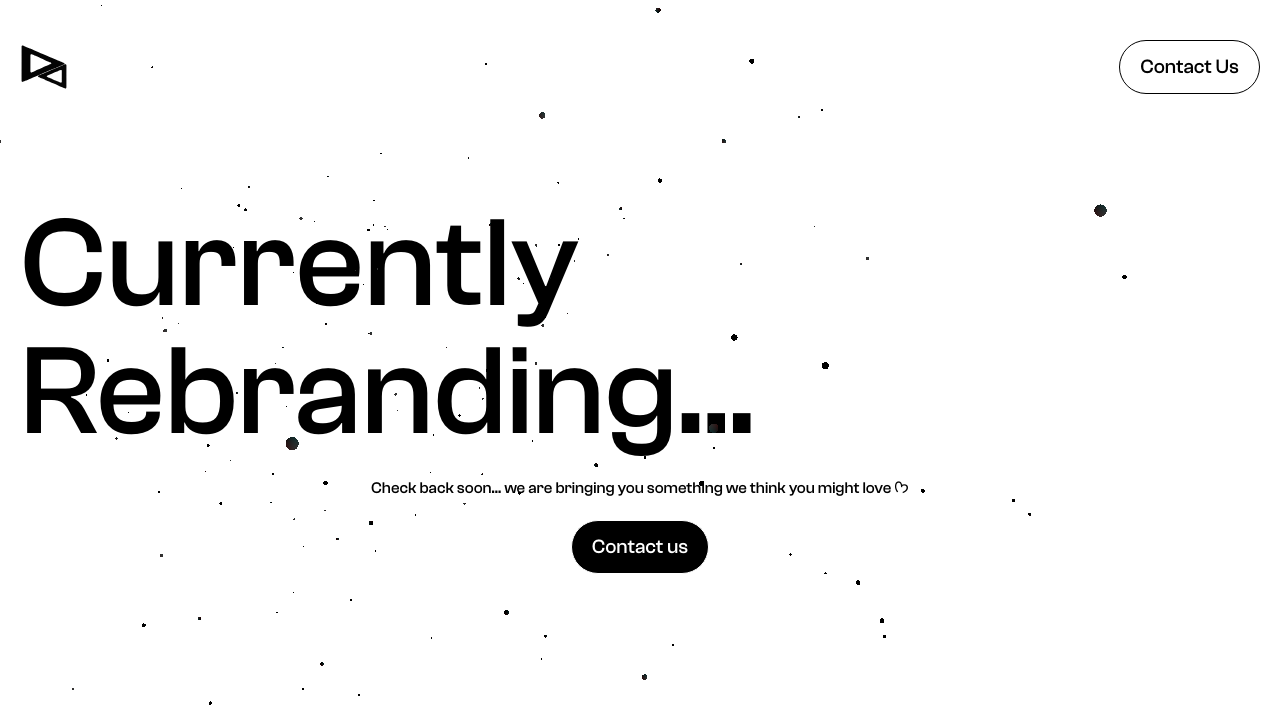
Repository: Cybugg/Nexxistudios-new
Page: /
The author's editor kept a copy of each file at every save. The page is drawn from the files as they stood at one save, then again after a run of saves.
The browser window is 1280 px wide. The pictures show the whole page.
The project was rebuilt for these pictures with package versions that can differ from the ones it lists, and the page was loaded fresh each time. The framework's server and built-in components were replaced by stand-ins that run in the browser. Also part of the build but not shown: next.config.mjs.

Above is the page before, as saved 2025-09-06 16:17:48.

### app/layout.js
import { Geist, Geist_Mono } from "next/font/google";
import localFont from "next/font/local";
import "./globals.css";
import Particles from "./Effects/Particles";


const geistSans = Geist({
  variable: "--font-geist-sans",
  subsets: ["latin"],
});
const clashGrotesk = localFont({
  src:"../public/fonts/OTF/ClashGrotesk-Medium.otf",
  variable:"--font-clashGrotesk",
  style:"normal"
})

const geistMono = Geist_Mono({
  variable: "--font-geist-mono",
  subsets: ["latin"],
});

export const metadata = {
  title: "Create Next App",
  description: "Generated by create next app",
};

export default function RootLayout({ children }) {
  return (
    <html lang="en">
      <body
        className={`${geistSans.variable} ${geistMono.variable} antialiased relative ${clashGrotesk.variable} `}>
            <div className="absolute w-full h-screen">
              <Particles particleColors={['#000000', '#000000']}
    particleCount={300}
    particleSpread={10}
    speed={0.1}
    particleBaseSize={100}
    moveParticlesOnHover={true}
    alphaParticles={false}
    disableRotation={false}
  />
        </div>

        {children}
      </body>
    </html>
  );
}

### app/page.js
"use client"
import { useGSAP } from "@gsap/react";
import TopNav from "./components/topNav";
import gsap from 'gsap';
import { useRef } from "react";
import Particles from "./Effects/Particles";
import Hero from "./components/hero";




export default function Home() {
  const boxRef = useRef(null);
  useGSAP(() => {

    gsap.to("#progress", {
      width:"95%",
      duration:3,
      ease: 'power2.out',
    });
  },);

  return (
    <div className="grid grid-rows-[20px_1fr_20px] min-h-screen p-3 px-5  sm:p-5 bg-white text-black font-clashGrotesk">
      <main className="flex flex-col  row-start-2 items-center mx-auto container" >
  <TopNav />
    <Hero />
      </main>
      <footer className="row-start-3 flex gap-[24px] flex-wrap items-center justify-center">

      </footer>
    </div>
  );
}

### app/globals.css
@import "tailwindcss";

:root {
  --background: #ffffff;
  --foreground: #171717;

}

@theme inline {
  --color-background: var(--background);
  --color-foreground: var(--foreground);
  --font-sans: var(--font-geist-sans);
  --font-mono: var(--font-geist-mono);
  --font-clashGrotesk: var(--font-clashGrotesk)
}

@media (prefers-color-scheme: dark) {
  :root {
    --background: #0a0a0a;
    --foreground: #ededed;
  }
}

body {
  background: var(--background);
  color: var(--foreground);
  font-family: Arial, Helvetica, sans-serif;
}

### app/Effects/Particles.js
"use client"

import { useEffect, useRef } from 'react';
import { Renderer, Camera, Geometry, Program, Mesh } from 'ogl';

const defaultColors = ['#ffffff', '#ffffff', '#ffffff'];

const hexToRgb = hex => {
  hex = hex.replace(/^#/, '');
  if (hex.length === 3) {
    hex = hex
      .split('')
      .map(c => c + c)
      .join('');
  }
  const int = parseInt(hex, 16);
  const r = ((int >> 16) & 255) / 255;
  const g = ((int >> 8) & 255) / 255;
  const b = (int & 255) / 255;
  return [r, g, b];
};

const vertex = /* glsl */ `
  attribute vec3 position;
  attribute vec4 random;
  attribute vec3 color;

  uniform mat4 modelMatrix;
  uniform mat4 viewMatrix;
  uniform mat4 projectionMatrix;
  uniform float uTime;
  uniform float uSpread;
  uniform float uBaseSize;
  uniform float uSizeRandomness;

  varying vec4 vRandom;
  varying vec3 vColor;

  void main() {
    vRandom = random;
    vColor = color;

    vec3 pos = position * uSpread;
    pos.z *= 10.0;

    vec4 mPos = modelMatrix * vec4(pos, 1.0);
    float t = uTime;
    mPos.x += sin(t * random.z + 6.28 * random.w) * mix(0.1, 1.5, random.x);
    mPos.y += sin(t * random.y + 6.28 * random.x) * mix(0.1, 1.5, random.w);
    mPos.z += sin(t * random.w + 6.28 * random.y) * mix(0.1, 1.5, random.z);

    vec4 mvPos = viewMatrix * mPos;

    if (uSizeRandomness == 0.0) {
      gl_PointSize = uBaseSize;
    } else {
      gl_PointSize = (uBaseSize * (1.0 + uSizeRandomness * (random.x - 0.5))) / length(mvPos.xyz);
    }

    gl_Position = projectionMatrix * mvPos;
  }
`;

const fragment = /* glsl */ `
  precision highp float;

  uniform float uTime;
  uniform float uAlphaParticles;
  varying vec4 vRandom;
  varying vec3 vColor;

  void main() {
    vec2 uv = gl_PointCoord.xy;
    float d = length(uv - vec2(0.5));

    if(uAlphaParticles < 0.5) {
      if(d > 0.5) {
        discard;
      }
      gl_FragColor = vec4(vColor + 0.2 * sin(uv.yxx + uTime + vRandom.y * 6.28), 1.0);
    } else {
      float circle = smoothstep(0.5, 0.4, d) * 0.8;
      gl_FragColor = vec4(vColor + 0.2 * sin(uv.yxx + uTime + vRandom.y * 6.28), circle);
    }
  }
`;

const Particles = ({
  particleCount = 200,
  particleSpread = 10,
  speed = 0.1,
  particleColors,
  moveParticlesOnHover = false,
  particleHoverFactor = 1,
  alphaParticles = false,
  particleBaseSize = 100,
  sizeRandomness = 1,
  cameraDistance = 20,
  disableRotation = false,
  className
}) => {
  const containerRef = useRef(null);
  const mouseRef = useRef({ x: 0, y: 0 });

  useEffect(() => {
    const container = containerRef.current;
    if (!container) return;

    const renderer = new Renderer({ depth: false, alpha: true });
    const gl = renderer.gl;
    container.appendChild(gl.canvas);
    gl.clearColor(0, 0, 0, 0);

    const camera = new Camera(gl, { fov: 15 });
    camera.position.set(0, 0, cameraDistance);

    const resize = () => {
      const width = container.clientWidth;
      const height = container.clientHeight;
      renderer.setSize(width, height);
      camera.perspective({ aspect: gl.canvas.width / gl.canvas.height });
    };
    window.addEventListener('resize', resize, false);
    resize();

    const handleMouseMove = e => {
      const rect = container.getBoundingClientRect();
      const x = ((e.clientX - rect.left) / rect.width) * 2 - 1;
      const y = -(((e.clientY - rect.top) / rect.height) * 2 - 1);
      mouseRef.current = { x, y };
    };

    if (moveParticlesOnHover) {
      container.addEventListener('mousemove', handleMouseMove);
    }

    const count = particleCount;
    const positions = new Float32Array(count * 3);
    const randoms = new Float32Array(count * 4);
    const colors = new Float32Array(count * 3);
    const palette = particleColors && particleColors.length > 0 ? particleColors : defaultColors;

    for (let i = 0; i < count; i++) {
      let x, y, z, len;
      do {
        x = Math.random() * 2 - 1;
        y = Math.random() * 2 - 1;
        z = Math.random() * 2 - 1;
        len = x * x + y * y + z * z;
      } while (len > 1 || len === 0);
      const r = Math.cbrt(Math.random());
      positions.set([x * r, y * r, z * r], i * 3);
      randoms.set([Math.random(), Math.random(), Math.random(), Math.random()], i * 4);
      const col = hexToRgb(palette[Math.floor(Math.random() * palette.length)]);
      colors.set(col, i * 3);
    }

    const geometry = new Geometry(gl, {
      position: { size: 3, data: positions },
      random: { size: 4, data: randoms },
      color: { size: 3, data: colors }
    });

    const program = new Program(gl, {
      vertex,
      fragment,
      uniforms: {
        uTime: { value: 0 },
        uSpread: { value: particleSpread },
        uBaseSize: { value: particleBaseSize },
        uSizeRandomness: { value: sizeRandomness },
        uAlphaParticles: { value: alphaParticles ? 1 : 0 }
      },
      transparent: true,
      depthTest: false
    });

    const particles = new Mesh(gl, { mode: gl.POINTS, geometry, program });

    let animationFrameId;
    let lastTime = performance.now();
    let elapsed = 0;

    const update = t => {
      animationFrameId = requestAnimationFrame(update);
      const delta = t - lastTime;
      lastTime = t;
      elapsed += delta * speed;

      program.uniforms.uTime.value = elapsed * 0.001;

      if (moveParticlesOnHover) {
        particles.position.x = -mouseRef.current.x * particleHoverFactor;
        particles.position.y = -mouseRef.current.y * particleHoverFactor;
      } else {
        particles.position.x = 0;
        particles.position.y = 0;
      }

      if (!disableRotation) {
        particles.rotation.x = Math.sin(elapsed * 0.0002) * 0.1;
        particles.rotation.y = Math.cos(elapsed * 0.0005) * 0.15;
        particles.rotation.z += 0.01 * speed;
      }

      renderer.render({ scene: particles, camera });
    };

    animationFrameId = requestAnimationFrame(update);

    return () => {
      window.removeEventListener('resize', resize);
      if (moveParticlesOnHover) {
        container.removeEventListener('mousemove', handleMouseMove);
      }
      cancelAnimationFrame(animationFrameId);
      if (container.contains(gl.canvas)) {
        container.removeChild(gl.canvas);
      }
    };
    // eslint-disable-next-line react-hooks/exhaustive-deps
  }, [
    particleCount,
    particleSpread,
    speed,
    moveParticlesOnHover,
    particleHoverFactor,
    alphaParticles,
    particleBaseSize,
    sizeRandomness,
    cameraDistance,
    disableRotation
  ]);

  return <div ref={containerRef} className={`relative w-full h-full ${className}`} />;
};

export default Particles;

### app/components/topNav.js
import Image from 'next/image';
import React from 'react'
import logo from "@/assets/images/logo-light.svg"

function TopNav() {
  return (
    <div className="flex justify-between items-center w-full ">
    {/* Logo */}
    <div>
      <Image src={logo} width={48} height={46} alt="nexxistudios's logo" />
    </div>
    <ul>
      <li className="py-3 px-5 text-xl rounded-full border cursor-pointer">
Contact Us
      </li>
    </ul>
  </div>
  )
}

export default TopNav;

### app/components/hero.js
import React from 'react'

function Hero() {
  return (
     <section className="h-full w-full flex items-center justify-center">
    <div className="">
    {/* <div className="text-3xl">
    Re-branding in Progress...
    </div> */}
    <div className="flex flex-col items-center justify-center gap-5 w-full">

{/* Main Text */}
<h1 className=" flex items-center justify-cente  w-full  text-4xl md:text-9xl ">
Currently Rebranding...
</h1>
{/* Sub-text */}
<p className="">
  Check back soon... we are bringing you something we think you might love ᡣ𐭩
</p>
{/* CTA Button */}
<button className="py-3 px-5 text-xl rounded-full border cursor-pointer bg-black text-white z-50">
  Contact us
</button>
    </div>

    <div>

    </div>
    </div>
      </section>
  )
}

export default Hero;

After the next 2 saves:
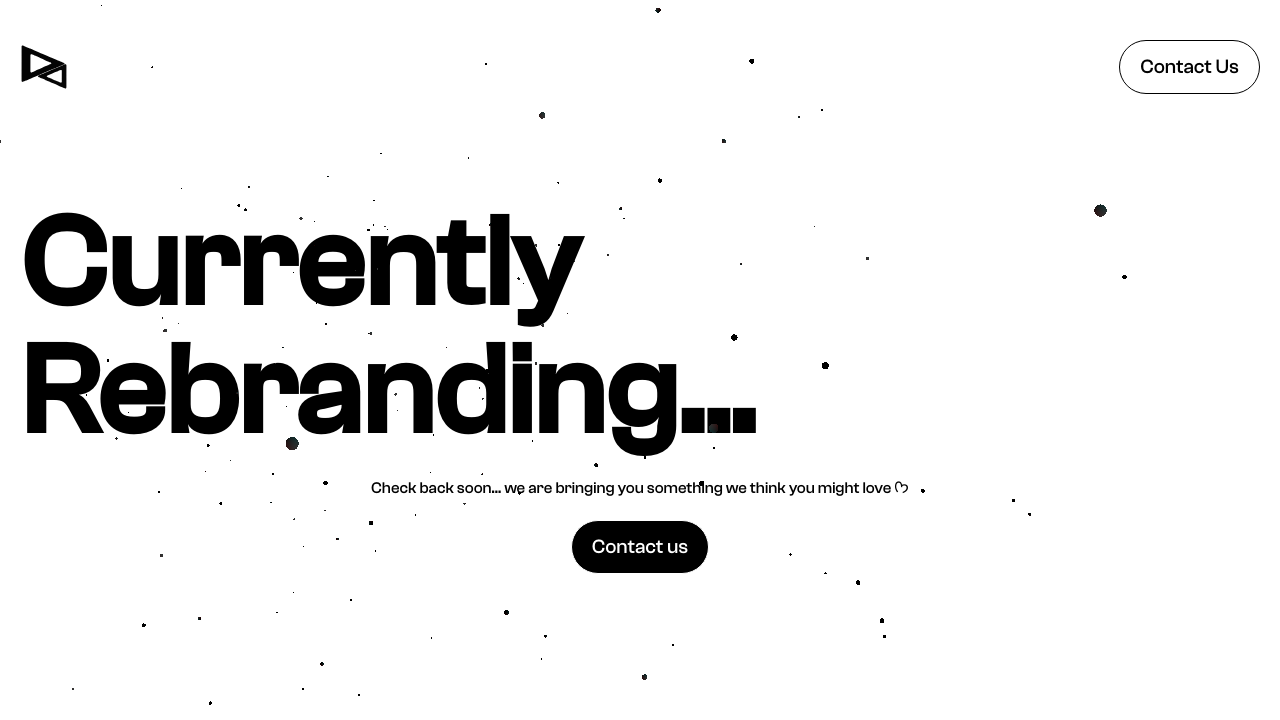
The 2 saves are shown as one change because they came seconds apart.
The last was saved 26 s later.
--- a/app/components/hero.js
+++ b/app/components/hero.js
@@ -10,7 +10,7 @@
     <div className="flex flex-col items-center justify-center gap-5 w-full">
 
 {/* Main Text */}
-<h1 className=" flex items-center justify-cente  w-full  text-4xl md:text-9xl ">
+<h1 className=" flex items-center justify-cente  w-full font-bold   text-4xl md:text-9xl ">
 Currently Rebranding...
 </h1>
 {/* Sub-text */}

After the 4 saves that followed:
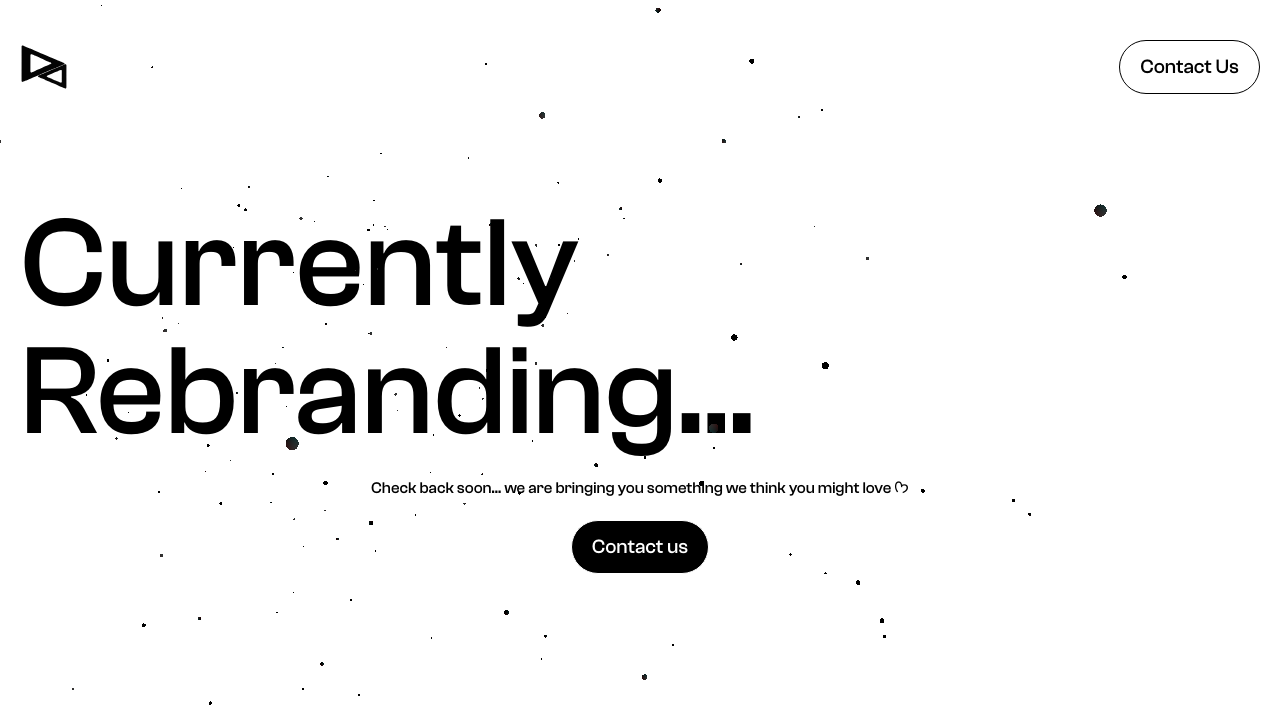
The 4 saves are shown as one change because they came seconds apart.
The last was saved 13 s later.
--- a/app/components/hero.js
+++ b/app/components/hero.js
@@ -10,7 +10,7 @@
     <div className="flex flex-col items-center justify-center gap-5 w-full">
 
 {/* Main Text */}
-<h1 className=" flex items-center justify-cente  w-full font-bold   text-4xl md:text-9xl ">
+<h1 className=" flex items-center justify-cente  w-full font-bold md:font-normal  text-4xl md:text-9xl ">
 Currently Rebranding...
 </h1>
 {/* Sub-text */}
